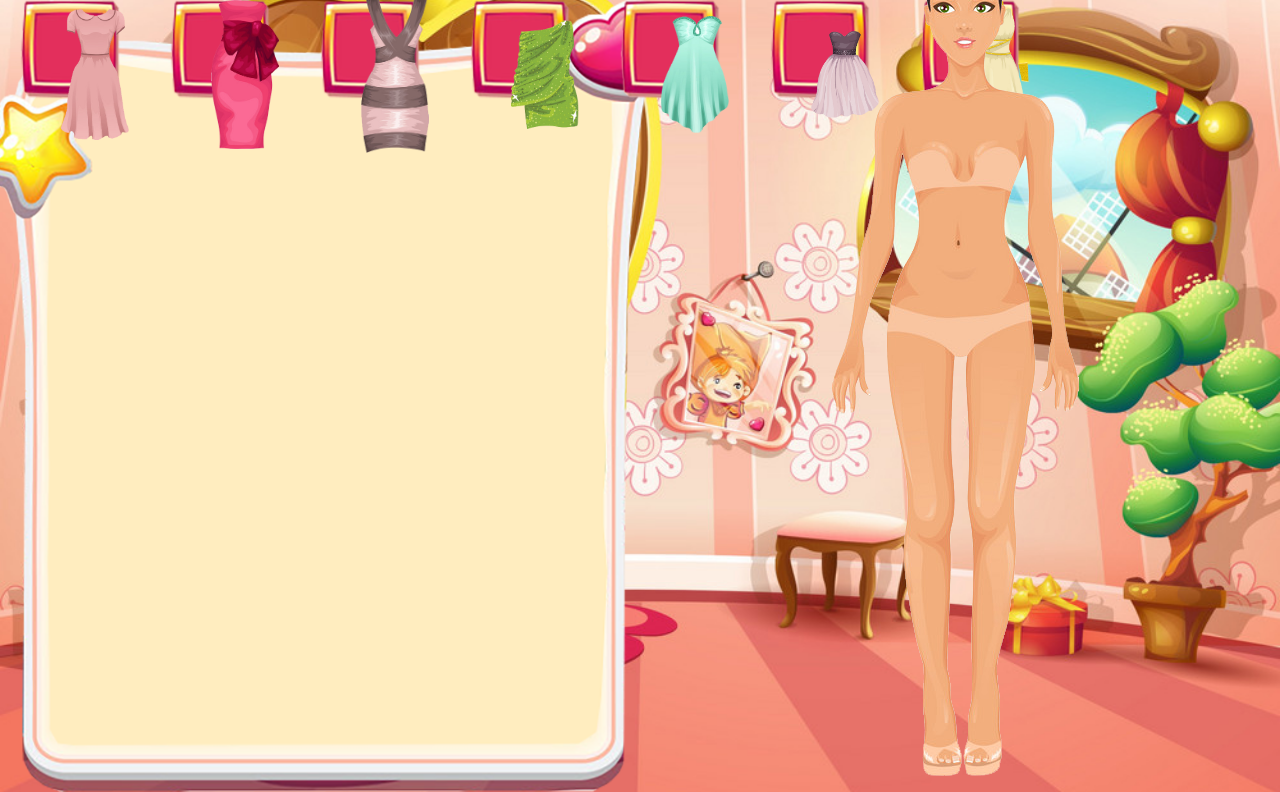
Repository: bunbubam/GameThayDoReactjs_NguyenKhacNghia
Page: /
These files come from the project's save history. The page is drawn as it stood at one moment and after the next save; the edit follows.
The browser window is 1280 px wide. The pictures show the whole page.
The project was rebuilt for these pictures with package versions that can differ from the ones it lists, and the page was loaded fresh each time.

Above is the page before, as saved 2022-03-30 16:07:28.

### public/index.html
<!doctype html>
<html lang="en">
  <head>
    <title>GameThaydo</title>
    <!-- Required meta tags -->
    <meta charset="utf-8">
    <meta name="viewport" content="width=device-width, initial-scale=1, shrink-to-fit=no">

    <!-- Bootstrap CSS -->
    <link rel="stylesheet" href="https://stackpath.bootstrapcdn.com/bootstrap/4.3.1/css/bootstrap.min.css" integrity="sha384-ggOyR0iXCbMQv3Xipma34MD+dH/1fQ784/j6cY/iJTQUOhcWr7x9JvoRxT2MZw1T" crossorigin="anonymous">
  </head>
  <body>
    <div id="root"></div>
    <!-- Optional JavaScript -->
    <!-- jQuery first, then Popper.js, then Bootstrap JS -->
    <script src="https://code.jquery.com/jquery-3.3.1.slim.min.js" integrity="sha384-q8i/X+965DzO0rT7abK41JStQIAqVgRVzpbzo5smXKp4YfRvH+8abtTE1Pi6jizo" crossorigin="anonymous"></script>
    <script src="https://cdnjs.cloudflare.com/ajax/libs/popper.js/1.14.7/umd/popper.min.js" integrity="sha384-UO2eT0CpHqdSJQ6hJty5KVphtPhzWj9WO1clHTMGa3JDZwrnQq4sF86dIHNDz0W1" crossorigin="anonymous"></script>
    <script src="https://stackpath.bootstrapcdn.com/bootstrap/4.3.1/js/bootstrap.min.js" integrity="sha384-JjSmVgyd0p3pXB1rRibZUAYoIIy6OrQ6VrjIEaFf/nJGzIxFDsf4x0xIM+B07jRM" crossorigin="anonymous"></script>
  </body>
</html>

### src/App.js
import logo from './logo.svg';
import './App.css';
import Dress from './gamethaydo/dress';

function App() {
  return (
    <Dress></Dress>
  );
}

export default App;

### src/App.css
body {
    background: url(gamethaydo/images/dress-room.jpg) no-repeat;
    background-position: 50% 53%;
    background-size: cover;
}
.dress-main .row {height: 100vh;}
.girl img {
    position: absolute;
    bottom: 2%;
    left: 30%;
}
.clothing-box {
    background: url(gamethaydo/images/box.png) no-repeat;
    background-position: 50% 50%;
    background-size: cover;
    width: 700px;
    height: 792px;
}
.clothing-item {
    background: url(gamethaydo/images/menu.png) no-repeat;
    width: 150px;
    height: 149px;
}
.clothing-item img {width: 45%;}

### src/gamethaydo/dress.js
import React, {Component} from 'react';
import Girl from './images/girl.png';
import Clothing1 from './images/trangphuc1.png';
import Clothing2 from './images/trangphuc2.png';
import Clothing3 from './images/trangphuc3.png';
import Clothing4 from './images/trangphuc4.png';
import Clothing5 from './images/trangphuc5.png';
import Clothing6 from './images/trangphuc6.png';
import Clothing7 from './images/trangphuc7.png';
import Clothing8 from './images/trangphuc8.png';
import Clothing9 from './images/trangphuc9.png';
import Clothing10 from './images/trangphuc10.png';

class Dress extends Component {
    state = {
        girl : Girl,
        clothing : Girl

    }
changeClothing = (imgs) => {
        return(
            this.setState({
                clothing : imgs
            })
        )
    }
    render() {
        return(
            <div className='container-fluid'>
                <div className='dress-main'>
                    <div className='row'>
                        <div className='col-12 col-xl-6 block-left d-flex flex-direction-row justify-content-center'>
                            <div className='clothing-box d-flex flex-direction-column justify-content-center'>
                                <div className='clothing-flex d-flex flex-direction-row justify-content-around lign-items-baseline mb-5'>
                                    <div className='clothing-item d-flex flex-direction-row justify-content-center align-items-center'>
                                        <img onClick={()=>this.changeClothing(Clothing1)} src={require('./images/trangphuc1.png')} className='img-fluid'/>
                                    </div>
                                    <div className='clothing-item d-flex flex-direction-row justify-content-center align-items-center'>
                                        <img onClick={()=>this.changeClothing(Clothing2)} src={require('./images/trangphuc2.png')} className='img-fluid'/>
                                    </div>
                                    <div className='clothing-item d-flex flex-direction-row justify-content-center align-items-center'>
                                        <img onClick={()=>this.changeClothing(Clothing3)} src={require('./images/trangphuc3.png')} className='img-fluid'/>
                                    </div>
                                </div>
                                <div className='clothing-flex d-flex flex-direction-row justify-content-around lign-items-baseline mb-5'>
                                    <div className='clothing-item d-flex flex-direction-row justify-content-center align-items-center'>
                                        <img onClick={()=>this.changeClothing(Clothing4)} src={require('./images/trangphuc4.png')} className='img-fluid'/>
                                    </div>
                                    <div className='clothing-item d-flex flex-direction-row justify-content-center align-items-center'>
                                        <img onClick={()=>this.changeClothing(Clothing5)} src={require('./images/trangphuc5.png')} className='img-fluid'/>
                                    </div>
                                    <div className='clothing-item d-flex flex-direction-row justify-content-center align-items-center'>
                                        <img onClick={()=>this.changeClothing(Clothing6)} src={require('./images/trangphuc6.png')} className='img-fluid'/>
                                    </div>
                                </div>
                                <div className='clothing-flex d-flex flex-direction-row justify-content-around lign-items-baseline mb-5'>
                                    <div className='clothing-item d-flex flex-direction-row justify-content-center align-items-center'>
                                        <img onClick={()=>this.changeClothing(Clothing7)} src={require('./images/trangphuc7.png')} className='img-fluid'/>
                                    </div>
                                    <div className='clothing-item d-flex flex-direction-row justify-content-center align-items-center'>
                                        <img onClick={()=>this.changeClothing(Clothing8)} src={require('./images/trangphuc8.png')} className='img-fluid'/>
                                    </div>
                                    <div className='clothing-item d-flex flex-direction-row justify-content-center align-items-center'>
                                        <img onClick={()=>this.changeClothing(Clothing9)} src={require('./images/trangphuc9.png')} className='img-fluid'/>
                                    </div>
                                </div>
                                <div className='clothing-flex d-flex flex-direction-row justify-content-around lign-items-baseline'>
                                    <div className='clothing-item d-flex flex-direction-row justify-content-center align-items-center'>
                                        <img onClick={()=>this.changeClothing(Clothing10)} src={require('./images/trangphuc10.png')} className='img-fluid'/>
                                    </div>
                                </div>
                            </div>
                        </div>
                        <div className='col-12 col-xl-6 block-right position-relative d-flex flex-direction-row justify-content-center'>
                            <div className='girl'>
                                <img src={this.state.girl} className='img-fluid'/>
                                <img src={this.state.clothing} className='img-fluid'/>
                            </div>
                        </div>
                    </div>
                </div>
            </div>
        )
    };
}
export default Dress;

Loaded but not shown: src/index.js (common file); src/index.css (common file); src/reportWebVitals.js (common file)

After the next save:
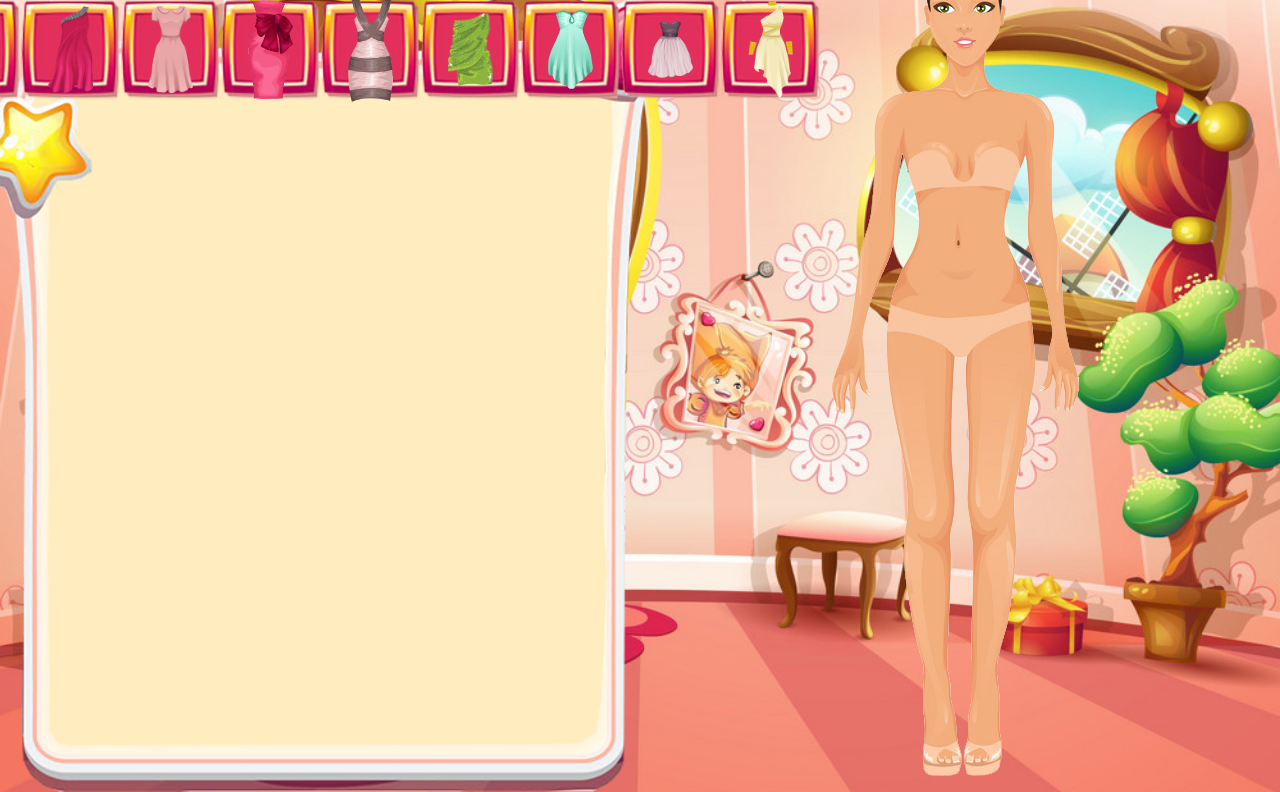
Saved 23 s later.
--- a/src/App.css
+++ b/src/App.css
@@ -18,7 +18,7 @@ body {
 }
 .clothing-item {
     background: url(gamethaydo/images/menu.png) no-repeat;
-    width: 150px;
-    height: 149px;
+    width: 100px;
+    height: 99px;
 }
 .clothing-item img {width: 45%;}
